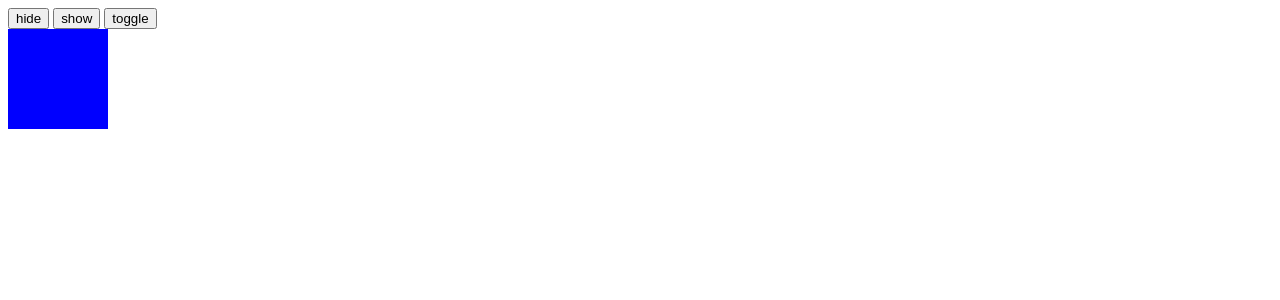
Repository: tfdonna/fontend
Page: js第一阶段/jquery/WebContent/动画.html
The author's editor kept a copy of each file at every save. The page is drawn from the files as they stood at one save, then again after the next save.
The browser window is 1280 px wide. The pictures show the whole page.

Above is the page before, as saved 2021-09-04 06:42:06.

### js第一阶段/jquery/WebContent/动画.html
<!DOCTYPE html>
<html>
<head>
    <meta charset="UTF-8">
    <title>Insert title here</title>
    <style type="text/css">
        div {
	       width: 100px;
	       height: 100px;
	       background: blue;
        }
    </style>
</head>
<body>
    <button>hide</button>
    <button>show</button>
    <button>toggle</button>
    <div></div>

    <script type="text/javascript" src="jquery.js"></script>
    <script type="text/javascript">
        $(function () {
        	//隐藏
			$('button').eq(0).click(function () {
				//$('div').hide();
				$('div').slideDown(); //fadeIn(1000)
			})
			//显示
			$('button').eq(1).click(function () {
                //$('div').show();
				$('div').slideUp();  //fadeTo(1000, 0.5);  速度 透明度
            })
            //切换
            $('button').eq(2).click(function () {
                //$('div').toggle();
            	$('div').slideToggle();  //fadeToggle()
            })
		})
    </script>
</body>
</html>

Loaded but not shown: js第一阶段/jquery/WebContent/jquery.js (library)

After the next save:
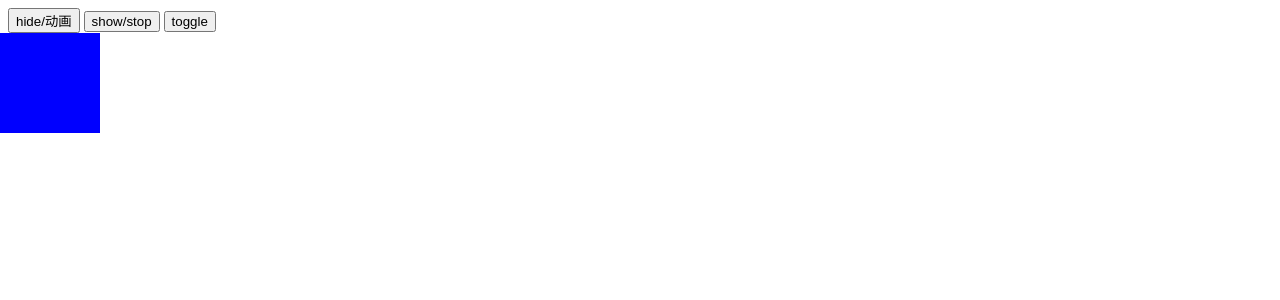
Saved 8 min 4 s later.
--- a/js第一阶段/jquery/WebContent/动画.html
+++ b/js第一阶段/jquery/WebContent/动画.html
@@ -2,18 +2,20 @@
 <html>
 <head>
     <meta charset="UTF-8">
-    <title>Insert title here</title>
+    <title>动画</title>
     <style type="text/css">
         div {
 	       width: 100px;
 	       height: 100px;
 	       background: blue;
+	       position: absolute;
+	       left: 0;
         }
     </style>
 </head>
 <body>
-    <button>hide</button>
-    <button>show</button>
+    <button>hide/动画</button>
+    <button>show/stop</button>
     <button>toggle</button>
     <div></div>
 
@@ -23,17 +25,24 @@
         	//隐藏
 			$('button').eq(0).click(function () {
 				//$('div').hide();
-				$('div').slideDown(); //fadeIn(1000)
+				//$('div').slide(); //fadeOut(1000)
+
+				//动画 1、想要动画的属性  2、持续的事件    3、动画形式（匀速）  4.回调函数，动画结束
+				$('div').animate({'width':'200px', 'height':'300px'}, 2000, 'linear', function () {
+					console.log(666);
+				})
 			})
 			//显示
 			$('button').eq(1).click(function () {
                 //$('div').show();
-				$('div').slideUp();  //fadeTo(1000, 0.5);  速度 透明度
+				//$('div').slideUp();  //fadeIn()
+
+				$('div').stop();
             })
             //切换
             $('button').eq(2).click(function () {
                 //$('div').toggle();
-            	$('div').slideToggle();  //fadeToggle()
+            	$('div').slideToggle();  //fadeTo(1000, 0.5);  速度 透明度
             })
 		})
     </script>
